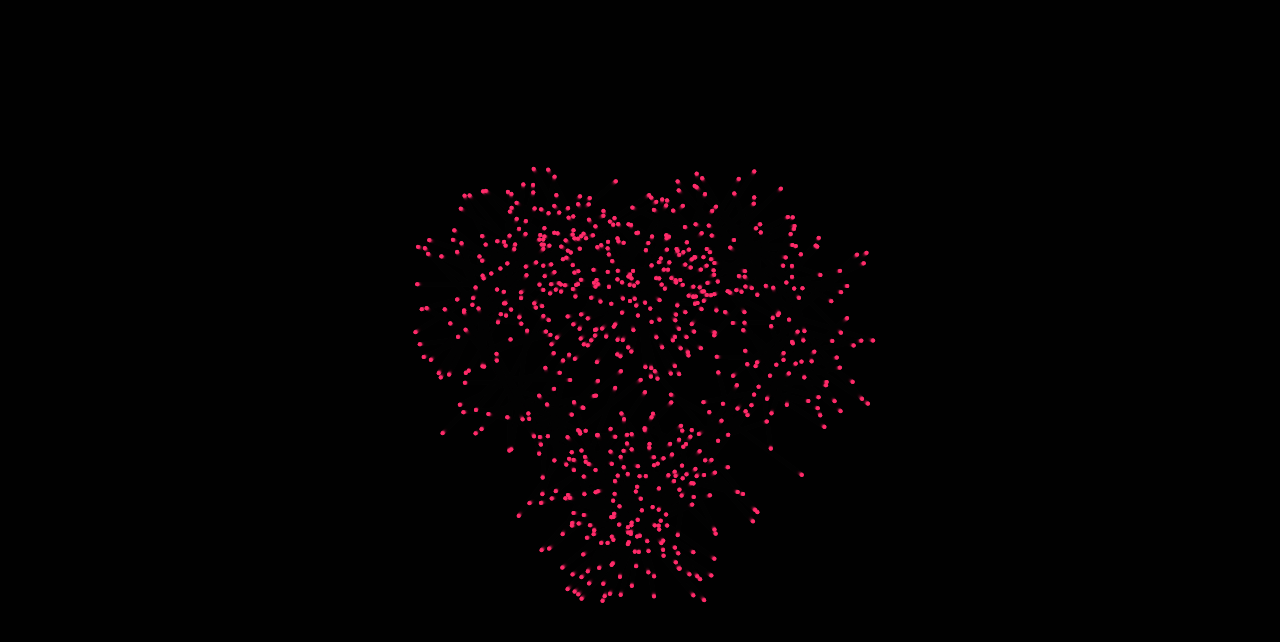
Repository: Vulgo-git/ParaMeuAmor
Page: carta.html
These files come from the project's save history. The page is drawn as it stood at one moment and after the next save; the edit follows.
The browser window is 1280 px wide. The pictures show the whole page.

Above is the page before, as saved 2026-03-08 03:38:08.

After the next save:
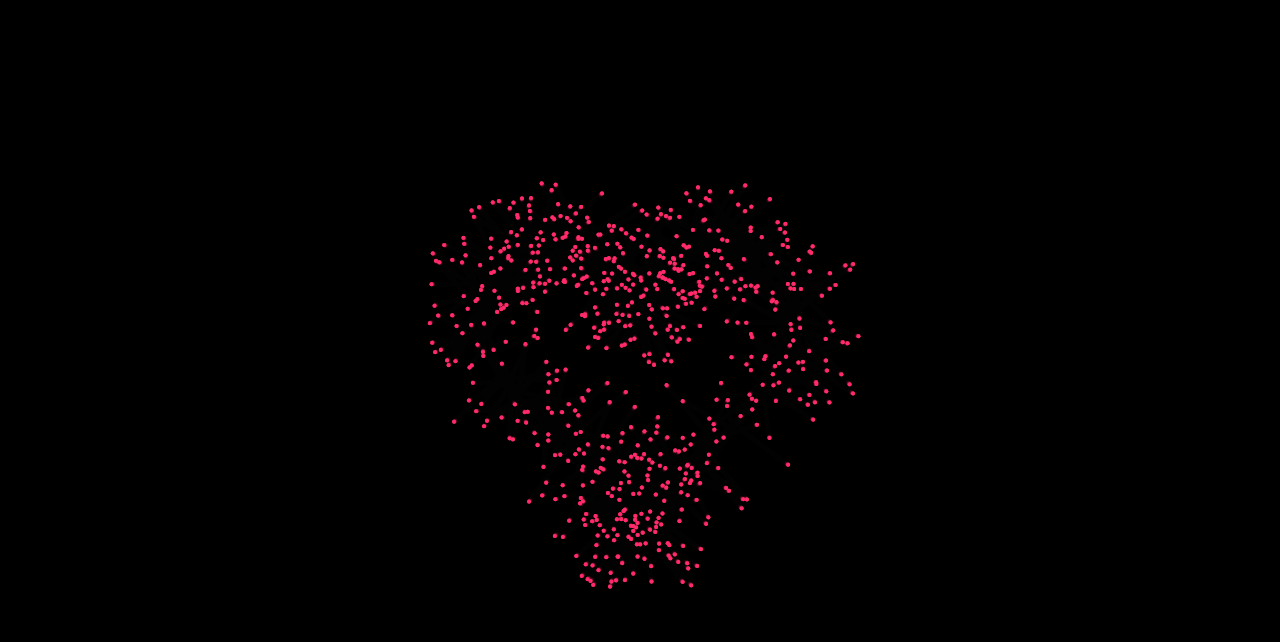
Saved 3 min 15 s later.
--- a/carta.html
+++ b/carta.html
@@ -1,10 +1,8 @@
 <!DOCTYPE html>
-
 <html lang="pt">
 <head>
 <meta charset="UTF-8">
 <meta name="viewport" content="width=device-width, initial-scale=1.0">
-
 <title>Para Renata</title>
 
 <style>
@@ -29,17 +27,17 @@ position:absolute;
 top:40%;
 left:50%;
 transform:translate(-50%,-50%);
-width:70%;
+width:75%;
 max-width:320px;
 border-radius:20px;
 border:4px solid #ff3d7a;
-box-shadow:0 0 25px rgba(255,60,120,0.9);
+box-shadow:0 0 25px #ff3d7a;
 display:none;
 }
 
 #frase{
 position:absolute;
-top:65%;
+top:68%;
 width:100%;
 font-size:28px;
 letter-spacing:6px;
@@ -55,21 +53,22 @@ left:50%;
 transform:translate(-50%,-50%);
 width:260px;
 height:160px;
-background:#f5e6d3;
-border:4px solid #a0002a;
+background:#f3e6d0;
+border:4px solid #8b0025;
 border-radius:8px;
 display:none;
 align-items:center;
 justify-content:center;
 flex-direction:column;
-color:#700020;
+color:#5a0015;
+font-weight:bold;
 }
 
 #open{
 margin-top:10px;
-background:#a0002a;
+background:#8b0025;
 color:white;
-padding:8px 20px;
+padding:8px 18px;
 border-radius:20px;
 cursor:pointer;
 }
@@ -80,10 +79,10 @@ top:50%;
 left:50%;
 transform:translate(-50%,-50%);
 width:85%;
-height:60%;
+height:65%;
 background:#f8f1e6;
 color:#3a2c2c;
-padding:20px;
+padding:25px;
 display:none;
 font-style:italic;
 box-shadow:0 0 40px rgba(0,0,0,0.6);
@@ -101,12 +100,12 @@ box-shadow:0 0 40px rgba(0,0,0,0.6);
 <div id="frase">EU AMO VOCÊ</div>
 
 <div id="envelope">
-Carta para você
+Uma carta para você
 <div id="open">OPEN</div>
 </div>
 
 <div id="carta">
-Aqui vai aparecer a carta que você escrever.
+Aqui vai aparecer a carta que você vai escrever depois.
 </div>
 
 <audio id="musica" src="Lana-Del-Rey.mp3"></audio>
@@ -135,8 +134,8 @@ let y=13*Math.cos(t)-5*Math.cos(2*t)-2*Math.cos(3*t)-Math.cos(4*t)
 particles.push({
 x:canvas.width/2+x*10,
 y:canvas.height/2-y*10,
-vx:(Math.random()-0.5)*0.5,
-vy:(Math.random()-0.5)*0.5
+vx:(Math.random()-0.5)*0.4,
+vy:(Math.random()-0.5)*0.4
 })
 
 }
@@ -145,9 +144,9 @@ vy:(Math.random()-0.5)*0.5
 
 createHeart()
 
-function draw(){
-
-ctx.fillStyle="rgba(0,0,0,0.2)"
+function animate(){
+
+ctx.fillStyle="rgba(0,0,0,0.25)"
 ctx.fillRect(0,0,canvas.width,canvas.height)
 
 ctx.fillStyle="#ff2b6a"
@@ -163,11 +162,11 @@ ctx.fill()
 
 })
 
-requestAnimationFrame(draw)
-
-}
-
-draw()
+requestAnimationFrame(animate)
+
+}
+
+animate()
 
 let stage=0
 
@@ -176,8 +175,8 @@ document.body.addEventListener("click",()=>{
 if(stage===0){
 
 document.getElementById("musica").play()
-
 stage=1
+
 }
 
 else if(stage===1){
@@ -186,6 +185,7 @@ document.getElementById("foto").style.display="block"
 document.getElementById("frase").style.display="block"
 
 stage=2
+
 }
 
 else if(stage===2){
